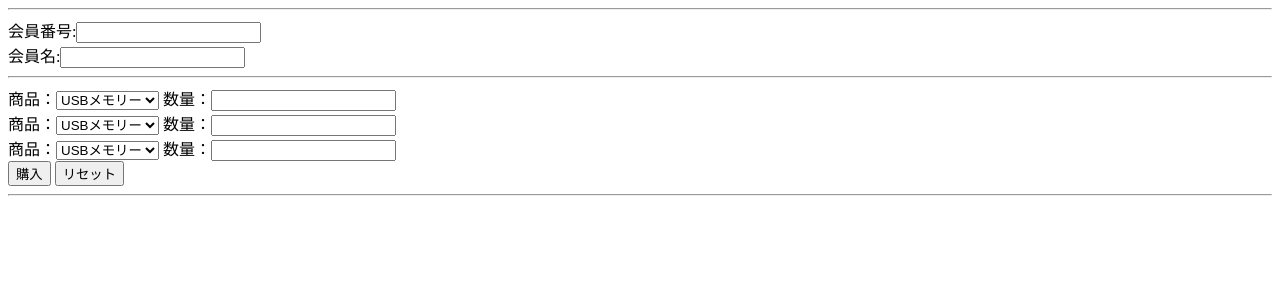
Repository: aiueo20/18ca0155
Page: SSP/kadai0204/WebContent/index.html
These files come from the project's save history. The page is drawn as it stood at one moment and after the next save; the edit follows.
The browser window is 1280 px wide. The pictures show the whole page.

Above is the page before, as saved 2018-11-26 08:39:29.

After the next save:
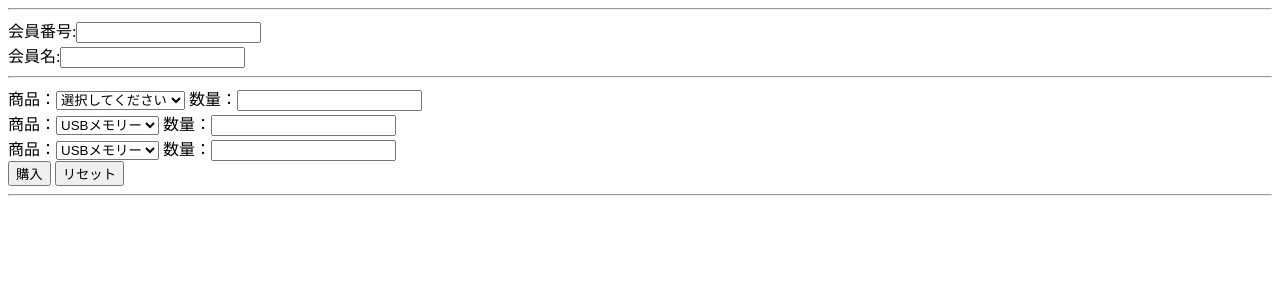
Saved 15 s later.
--- a/SSP/kadai0204/WebContent/index.html
+++ b/SSP/kadai0204/WebContent/index.html
@@ -11,7 +11,7 @@
 会員名:<input type="text" name="kaiinnmei"><br>
 <hr>
 商品：<select name="p1">
-
+		<option>選択してください</option>
 		<option>USBメモリー</option>
 		<option>マウス</option>
 	　</select>
